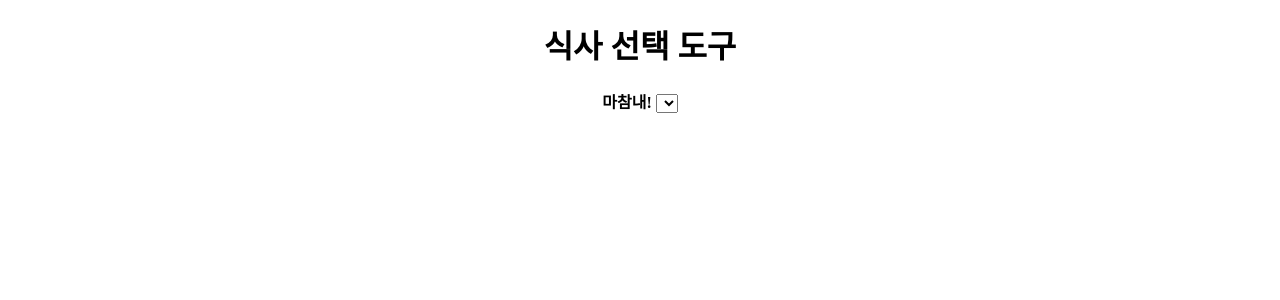
Repository: kimgh06/JavaWeb
Page: http://localhost/what/
An editor plug-in stored every save of this project. The page is shown before and after the next save, followed by the edit.
The browser window is 1280 px wide. The pictures show the whole page.
The page is served by Tomcat 9. Other server files are loaded and not shown.

Above is the page before, as saved 2022-11-03 02:14:31.

### what/src/main/webapp/index.jsp
<%@ page language="java" contentType="text/html; charset=EUC-KR"
    pageEncoding="EUC-KR"%>
<!DOCTYPE html>
<html>
<head>
<meta charset="EUC-KR">
<title>식사 선택 도구</title>
<link href ="./main.css" rel = "stylesheet" type = "text/css">
</head>
<body>
	<h1 id="main">식사 선택 도구</h1>
	<div id="main">
		<b>마참내!</b>
		<select>와
			<option>
		</select>
	</div>
</body>
</html>

### what/src/main/webapp/main.css
@CHARSET "UTF-8";

#main{
	text-align: center;
}

After the next save:
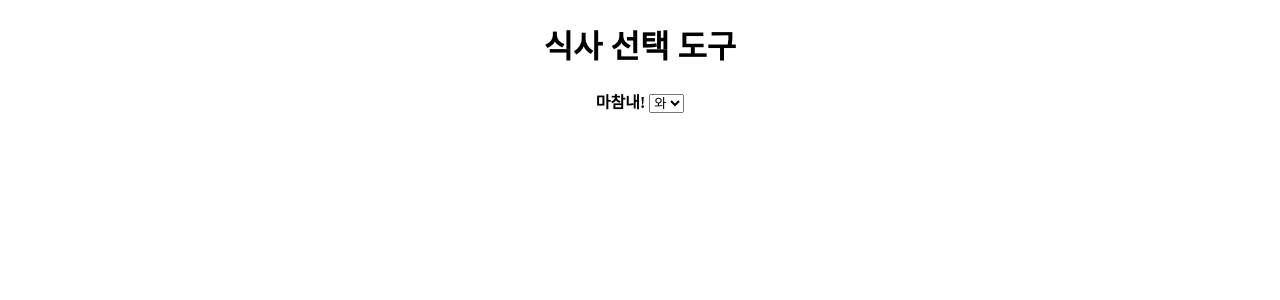
Saved 17 s later.
--- a/what/src/main/webapp/index.jsp
+++ b/what/src/main/webapp/index.jsp
@@ -12,7 +12,7 @@
 	<div id="main">
 		<b>마참내!</b>
 		<select>와
-			<option>
+			<option>와</option>
 		</select>
 	</div>
 </body>
